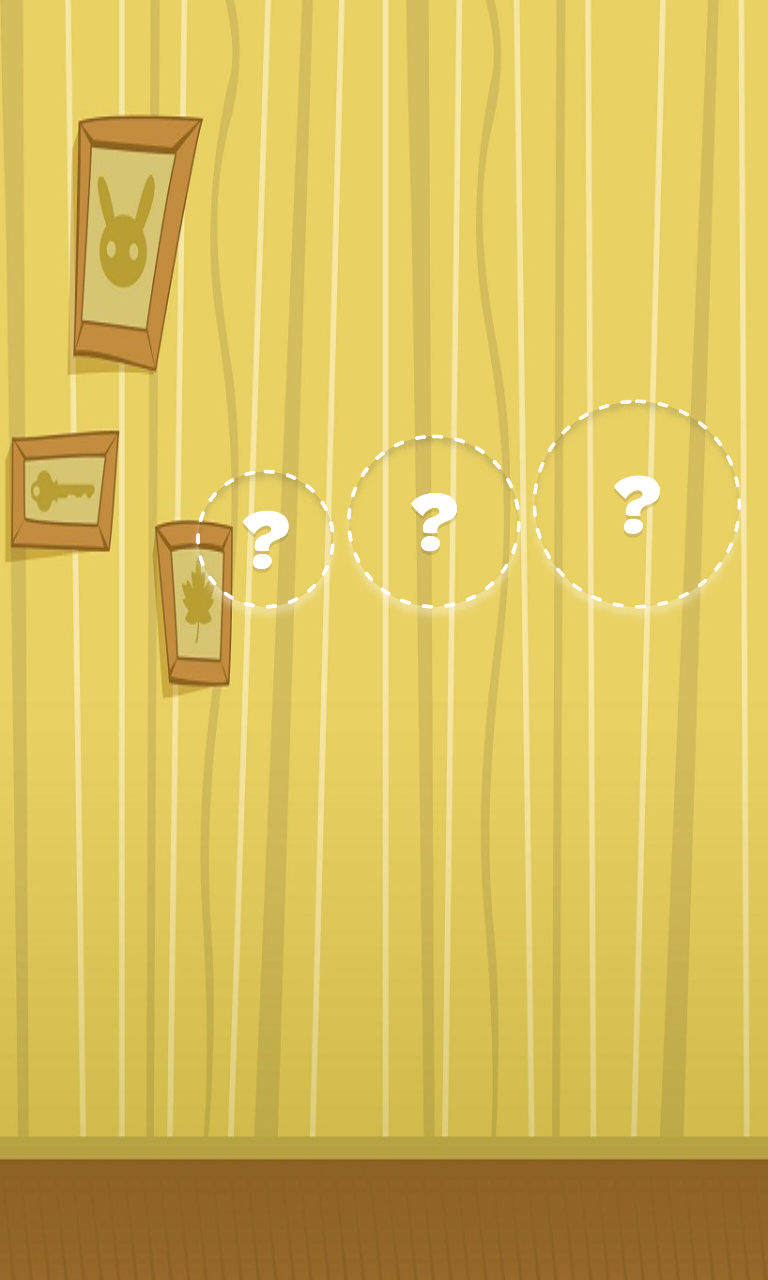
Repository: DimaPetrov/android
Layout: newapp/res/layout/puzzleback.xml
These files come from the project's save history. The layout is drawn as it stood at one moment and after the next save; the edit follows.
It is drawn on a 768 x 1280 px phone screen (xhdpi) without system bars, with theme AppTheme; the app's code is not run.

Above is the layout before, as saved 2012-10-24 08:32:07.

After the next save:
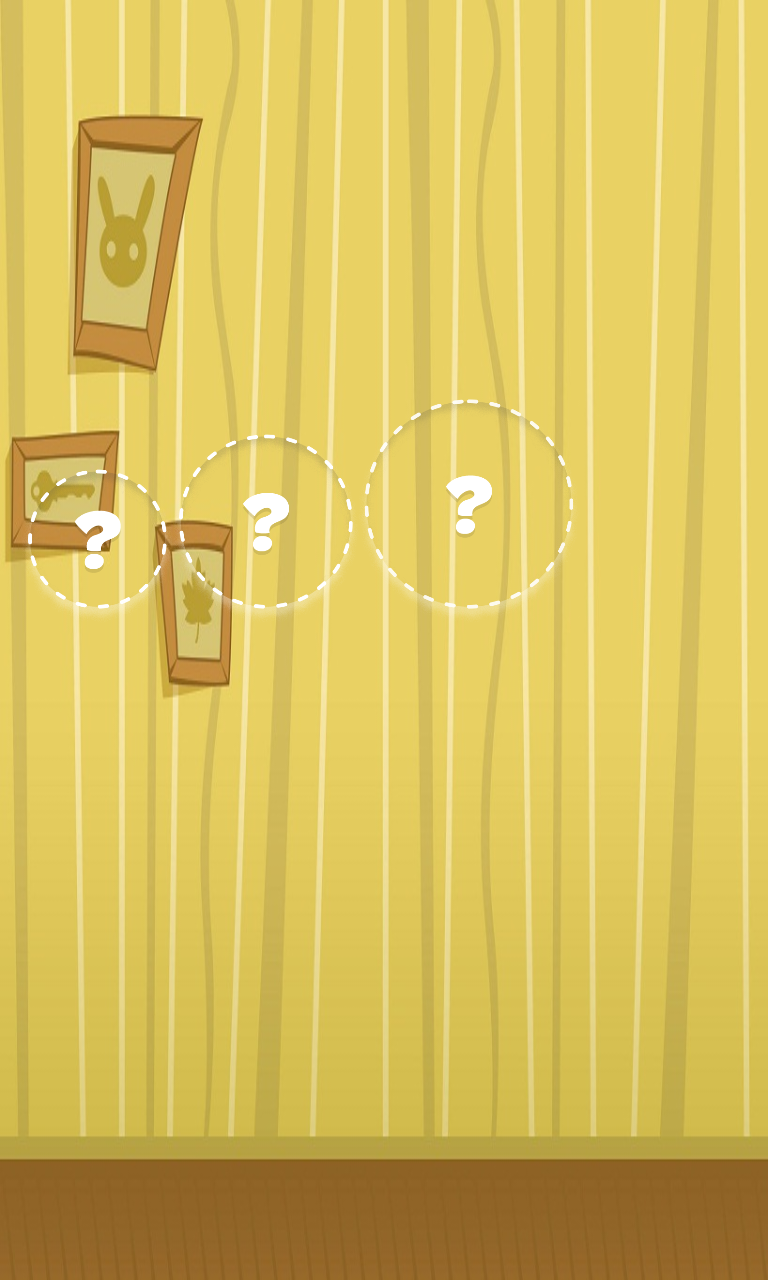
Saved 25 s later.
--- a/newapp/res/layout/puzzleback.xml
+++ b/newapp/res/layout/puzzleback.xml
@@ -17,7 +17,7 @@
         android:id="@+id/imageView1"
         android:layout_width="300dp"
         android:layout_height="wrap_content"
-        android:layout_alignParentRight="true"
+        android:layout_alignParentCenter="true"
         android:layout_alignParentTop="true"
         android:src="@drawable/p_games_sortslots" />
 

After the save that followed:
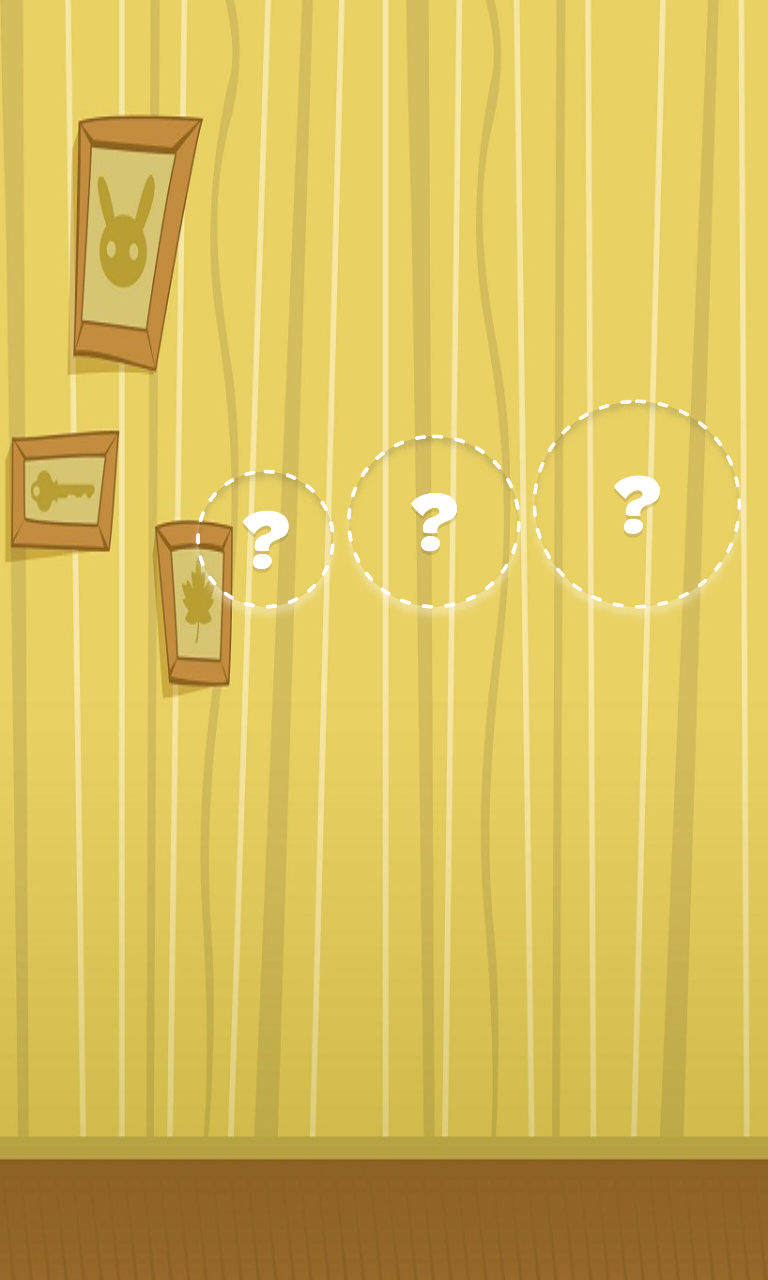
Saved 11 s later.
--- a/newapp/res/layout/puzzleback.xml
+++ b/newapp/res/layout/puzzleback.xml
@@ -17,7 +17,7 @@
         android:id="@+id/imageView1"
         android:layout_width="300dp"
         android:layout_height="wrap_content"
-        android:layout_alignParentCenter="true"
+        android:layout_alignParentRight="true"
         android:layout_alignParentTop="true"
         android:src="@drawable/p_games_sortslots" />
 
